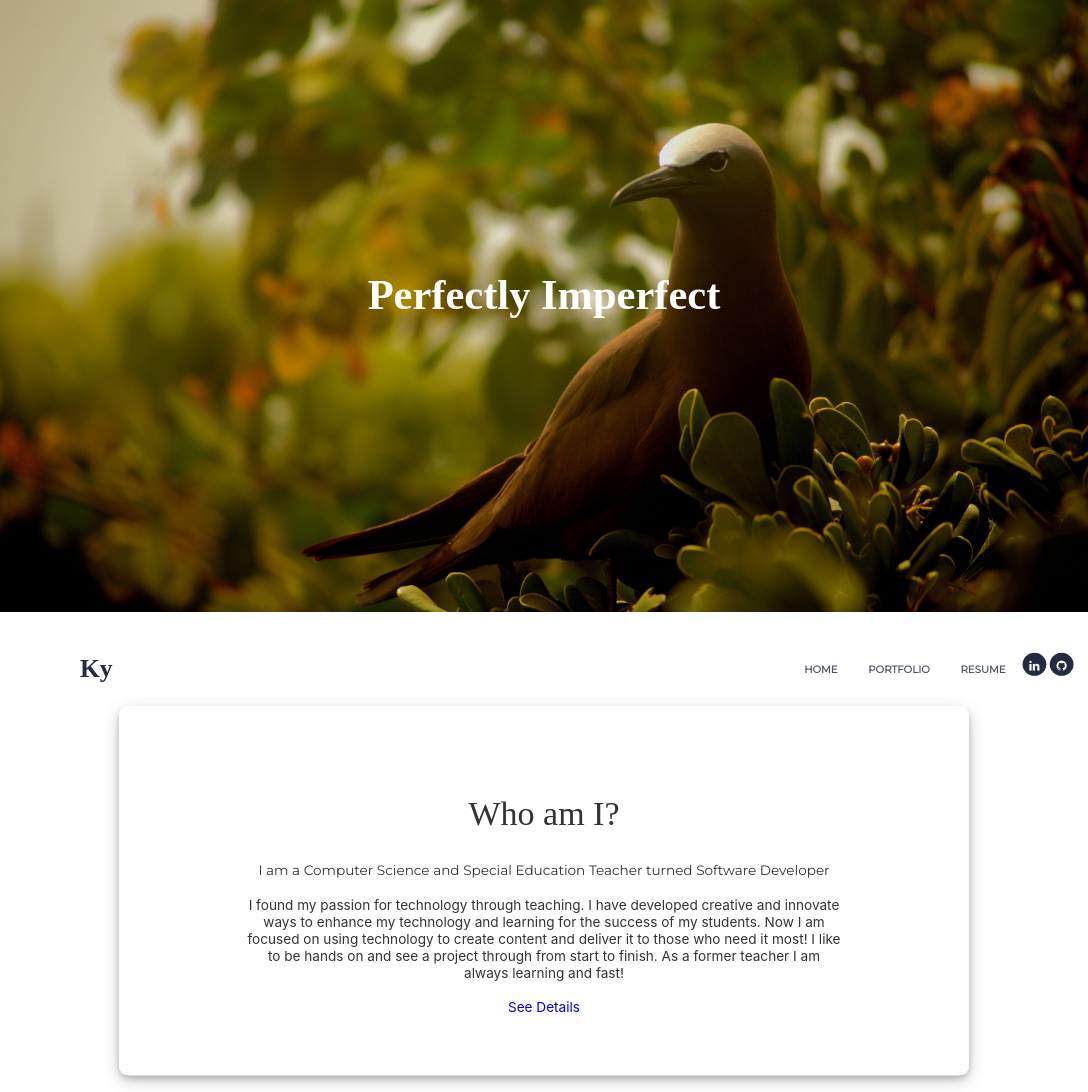
Repository: kkyler24/Perfectly-Imperfect
Page: / (app in imperfect/)
An editor plug-in stored every save of this project. The page is shown before and after the next save, followed by the edit.
The browser window is 1280 px wide. The pictures show the whole page, at 85% of full size.
Backgrounds fixed to the window are drawn as part of the page. Some web fonts or font styles are not loaded; a fallback is used. The project was rebuilt for these pictures with package versions that can differ from the ones it lists, and the page was loaded fresh each time.

Above is the page before, as saved 2020-08-06 13:57:41.

### imperfect/public/index.html
<!DOCTYPE html>
<html lang="en">
  <head>
    <meta charset="utf-8" />
    <link rel="icon" href="%PUBLIC_URL%/favicon.ico" />
    <meta name="viewport" content="width=device-width, initial-scale=1" />
    <meta name="theme-color" content="#000000" />
    <meta
      name="description"
      content="Web site created using create-react-app"
    />
    <link
      rel="stylesheet"
      href="https://cdnjs.cloudflare.com/ajax/libs/font-awesome/4.7.0/css/font-awesome.min.css"
    />

    <link
      href="https://fonts.googleapis.com/css2?family=Montserrat&family=Petit+Formal+Script&display=swap"
      rel="stylesheet"
    />

    <title>React App</title>
  </head>
  <body>
    <noscript>You need to enable JavaScript to run this app.</noscript>
    <div id="root"></div>
  </body>
</html>

### imperfect/src/App.js
import React from "react";
import logo from "./logo.svg";
import "./App.css";
import Nav from "./Components/navbarComponent/navbar.js";
import PGHeader from "./Components/Headerindex/header.js";
import AboutMe from "./Components/aboutMeIndex/aboutme.js";

function App() {
  return (
    <div className="App">
      <PGHeader />
      {/* <Nav /> */}
      <AboutMe />
    </div>
  );
}

export default App;

### imperfect/src/App.css
body {
  color: #66615b;
  font-size: 16px;
  box-sizing: border-box;
  display: block;
}

### imperfect/src/Components/navbarComponent/navbar.js
import React from "react";
import "./navbar.css";

function NavBar() {
  return (
    <div>
      <nav
        color-on-scroll="300"
        class="fixed-bottom  navbar-transparent navbar navbar-expand-lg"
      >
        <div class="container-fluid">
          <div class="navbar-translate">
            <a
              id="Kytitle"
              data-placement="bottom"
              target="_blank"
              title="Coded by Creative Tim"
              class="navbar-brand"
              href="#/index"
            >
              Ky
            </a>
            <button aria-expanded="false" class="navbar-toggler navbar-toggler">
              <span class="navbar-toggler-bar bar1"></span>
              <span class="navbar-toggler-bar bar2"></span>
              <span class="navbar-toggler-bar bar3"></span>
            </button>
          </div>
          <div class="justify-content-end collapse navbar-collapse">
            <ul class="navbar-nav">
              <li class="nav-item">
                <a
                  data-placement="bottom"
                  href="https://www.linkedIn"
                  target="_blank"
                  title="Let's connect on LinkedIn"
                  class="nav-link"
                >
                  {/* <i class="fa fa-linkedIn"></i> */}
                </a>
              </li>

              <li class="nav-item">
                <a
                  data-placement="bottom"
                  href="#"
                  target="_blank"
                  title="Follow us on Twitter"
                >
                  {/* <i class="fa fa-twitter"></i> */}
                  <p class="d-lg-none"></p>
                </a>
                <li class="nav-item mr-2rem">
                  <a data-placement="bottom" href="#" target="_blank">
                    {/* <i class="fa fa-github"></i> */}
                    <p class="d-lg-none"></p>
                  </a>
                </li>
              </li>
              <li class="nav-item">
                <a class="nav-link" href="#/index">
                  <i class="nc-icon nc-layout-11"></i> Home
                </a>
              </li>
              <li class="nav-item">
                <a class="nav-link" href="#/index">
                  <i class="nc-icon nc-layout-11"></i> Portfolio
                </a>
              </li>
              <li class="nav-item">
                <a target="_blank" class="nav-link" href="#/documentation">
                  <i class="nc-icon nc-book-bookmark"></i> Resume
                </a>
              </li>
              <li class="nav-item">
                <a
                  href="https://www.linkedin.com/in/ky-kyler-a723b932/"
                  target="_blank"
                  class="fa fa-linkedin"
                ></a>
              </li>
              <li class="nav-item">
                <a
                  data-placement="bottom"
                  href="https://github.com/kkyler24"
                  target="_blank"
                  title="Star on GitHub"
                  class="fa fa-github"
                >
                  {/* <i class="fa fa-github"></i> */}
                  <p class="d-lg-none"></p>
                </a>
              </li>
            </ul>
          </div>
        </div>
      </nav>
    </div>
  );
}
export default NavBar;

### imperfect/src/Components/Headerindex/header.js
import React from "react";
import "./Indexheader.css";
import Navbar from "../navbarComponent/navbar.js";

function PageHeader(props) {
  return (
    <div>
      <div id="background" className="page-header" data-parallax="true">
        <div className="filter"></div>
        <div className="headerContainer">
          <div className="motto text-center">
            <h1 id="JumboHeaderTitle">Perfectly Imperfect</h1>
            <br />
          </div>
        </div>
      </div>
      <Navbar />
    </div>
  );
}
export default PageHeader;

### imperfect/src/Components/aboutMeIndex/aboutme.js
import React from "react";
import "./aboutme.css";

function Aboutme() {
  return (
    <div className=" card aboutMain">
      <div className="sectionAB text-center">
        <div className="ABccontainer">
          <div class="row">
            <div class="ml-auto mr-auto col-md-8">
              <h2 class="titleAB"> Who am I?</h2>
              <h4 class="descriptionAB">
                I am a Computer Science and Special Education Teacher turned
                Software Developer
              </h4>
              <p className="aboutparagraph">
                I found my passion for technology through teaching. I have
                developed creative and innovate ways to enhance my technology
                and learning for the success of my students. Now I am focused on
                using technology to create content and deliver it to those who
                need it most! I like to be hands on and see a project through
                from start to finish. As a former teacher I am always learning
                and fast!
              </p>
              <br />
              <a href="#pablo" class="btn-round btn btn-info">
                See Details
              </a>
            </div>
          </div>
        </div>
      </div>
    </div>
  );
}
export default Aboutme;

### imperfect/src/Components/navbarComponent/navbar.css
/* navbar */
#Kytitle {
  font-family: "Petit Formal Script", cursive;
  font-size: 30px;
  color: #222b3f;
  border-bottom: solid 2px rgb(255, 255, 255);
  text-transform: capitalize;
}

.navbar.navbar-transparent {
  background: transparent !important;
  padding-top: 25px;
  box-shadow: none;
}

.navbar .navbar-brand {
  font-weight: 600;
  margin: 5px 0;
  padding: 20px 15px;
  font-size: 14px;
  text-transform: uppercase;
}

.navbar-nav {
  display: flex;
  flex-direction: column;
  padding-left: 0;
  margin-bottom: 0;
  list-style: none;
}
.navbar-brand {
  display: inline-block;
  padding-top: 0.3125rem;
  padding-bottom: 0.3125rem;
  margin-right: 1rem;
  font-size: 1.25rem;
  line-height: inherit;
  white-space: nowrap;
}

.navbar {
  border: 0;
  font-size: 14px;
  padding: 0;
  font-family: "Montserrat", "Helvetica", Arial, sans-serif;
  font-weight: 300;
  align-items: center;
  display: flex;
}
.navbar > .container-fluid {
  display: flex;
  flex-wrap: wrap;
  align-items: center;
  justify-content: space-between;
}

.nav-link {
  display: block;
}

.navbar-toggler {
  padding: 0.25rem 0.75rem;
  font-size: 1.25rem;
  line-height: 1;
  background-color: transparent;
  border: 1px solid transparent;
  border-radius: 0.25rem;
}
button {
  text-transform: none;
  overflow: hidden;
  -webkit-font-smoothing: antialiased;
  font-family: "Montserrat", "Helvetica", Arial, sans-serif;
  font-weight: 300;
  margin: 0;
  text-rendering: auto;
  /* color: -internal-light-dark(buttontext, rgb(170, 170, 170)); */
  letter-spacing: normal;
  word-spacing: normal;
  text-indent: 0px;
  text-shadow: none;
  display: inline-block;
  text-align: center;
  align-items: flex-start;
  font: 400 13.3333px Arial;
}
.navbar .navbar-toggler .navbar-toggler-bar {
  display: block;
  position: relative;
  width: 24px;
  height: 2px;
  border-radius: 1px;
  margin: 0 auto;
}

.navbar.navbar-transparent .navbar-toggler .navbar-toggler-bar {
  background: #222b3f !important;
}

.navbar-transparent .navbar-nav .nav-item .nav-link:not(.btn) {
  color: #222b3f;
  border-color: #222b3f;
}

.navbar .navbar-toggler .navbar-toggler-bar + .navbar-toggler-bar {
  margin-top: 4px;
}

.navbar .navbar-nav .nav-item .nav-link {
  line-height: 1.6;
  margin: 15px 3px;
  padding: 10px 15px;
  opacity: 0.8;
  font-size: 12px;
  text-transform: uppercase;
  font-weight: 600;
}

.navbar .navbar-nav .nav-item .nav-link p {
  margin: 0;
  text-transform: uppercase;
  font-weight: 600;
  font-size: 12px;
  line-height: 1.5em;
  padding: 15px 0;
  color: #222b3f;
}

button:not(:disabled) {
  cursor: pointer;
}

.container-fluid {
  width: 100%;
  padding-right: 15px;
  padding-left: 15px;
  margin-right: 0%;
  margin-left: 5%;
}

.fixed-top {
  position: fixed;
  right: 0;
  left: 0;
  z-index: 1030;
  /* not needed for fixed bottom */
  top: 0;
}

a {
  text-decoration: none;
  background-color: transparent;
}

.collapse:not(.show) {
  display: none;
}

.justify-content-end,
ul {
  justify-content: flex-end !important;
}

.navbar-collapse {
  flex-basis: 100%;
  flex-grow: 1;
  align-items: center;
}

ul {
  margin-top: 0;
}

.navbar .navbar-nav .nav-item .nav-link [class^="fa"] {
  font-size: 17px;
  position: relative;
  right: 5px;
  color: #222b3f;
}

.fa {
  padding: 8px;
  font-size: 14px;
  height: 11px;
  top: 5px;
  text-align: center;
  text-decoration: none;
  margin: 15px 2px;
  border-radius: 50%;
}

.fa:hover {
  opacity: 0.7;
}

.fa-linkedin {
  background: #222b3f;
  color: white;
}

.fa-github {
  background: #222b3f;
  color: white;
}

:before {
  box-sizing: border-box;
}

.navbar .navbar-collapse .nav-item .nav-link p {
  display: inline;
}

/* media Q navbar */
@media (min-width: 992px) {
  .navbar-expand-lg {
    flex-flow: row nowrap;
    justify-content: flex-start;
  }
  .navbar {
    justify-content: space-between;
  }
}
/* Li */
@media (min-width: 992px) {
  .navbar-expand-lg .navbar-nav {
    flex-direction: row;
  }
}
@media screen and (max-width: 991px) {
  .navbar-collapse ul {
    position: relative;
    z-index: 3;
    height: 95%;
  }
}

@media screen and (max-width: 991px) {
  .navbar-collapse .navbar-nav > .nav-item > .nav-link {
    color: #222b3f !important;
  }
}

@media screen and (max-width: 991px) {
  .navbar-collapse {
    position: fixed;
    display: block !important;
    top: 0;
    width: 230px;
    right: 0;
    z-index: 1032;
    visibility: visible;
    overflow-y: visible;
    border-top: none;
    text-align: left;
    padding-right: 0;
    padding-left: 40px;
    padding-top: 15px;
    transform: translateX(230px);
    transition: all 0.33s cubic-bezier(0.685, 0.0473, 0.346, 1);
  }
}

@media (max-width: 991.98px) {
  .navbar-expand-lg > .container-fluid {
    padding-right: 0;
    padding-left: 0;
  }
}

@media (min-width: 768px) {
  .container-fluid {
    max-width: 720px;
  }
}

@media (min-width: 992px) {
  .container-fluid {
    max-width: 100%;
  }
}

@media screen and (max-width: 991px) {
  .navbar-translate {
    width: 100%;
    position: relative;
    display: flex;
    justify-content: space-between !important;
    align-items: center;
    transform: translateX(0);
    transition: all 0.33s cubic-bezier(0.685, 0.0473, 0.346, 1);
  }
}

@media (min-width: 992px) {
  .navbar-expand-lg .navbar-toggler {
    display: none;
  }
}

@media screen and (max-width: 991px) {
  .navbar-collapse {
    height: 100% !important;
  }
}

@media (min-width: 992px) {
  .navbar-expand-lg .navbar-collapse {
    display: flex !important;
    flex-basis: auto;
  }
}
/*
@media (min-width: 576px) {
  .container-fluid {
    max-width: 540px;
  }
} */

@media (min-width: 992px) {
  .navbar-expand-lg > .container-fluid {
    flex-wrap: nowrap;
  }
}

### imperfect/src/Components/Headerindex/Indexheader.css
#background {
  background-image: url("../../Assets/imgs/brownnoodyGreatbirdisland.jpg");
  background-attachment: fixed;
  background-repeat: no-repeat;
  background-size: cover;
  height: 700px;
}

.page-header {
  background-position: 50%;
  background-size: cover;
  min-height: 100vh;
  max-height: 999px;
  overflow: hidden;
  position: relative;
  width: 100%;
  z-index: 1;
  display: flex;
  align-items: center;
  justify-content: center;
}

.page-header .filter:after {
  background-color: rgba(0, 0, 0, 0.125);
  content: "";
  display: block;
  height: 100%;
  left: 0;
  top: 0;
  position: absolute;
  width: 100%;
  z-index: 1;
}

.page-header .motto {
  z-index: 3;
  color: #fff;
  position: relative;
  width: max-content;
}

.headerContainer {
  font-family: "Petit Formal Script", cursive;
  display: inline-flex;
  width: 100%;
  /* font-weight: 200; */
  padding-right: 15px;
  padding-left: 15px;
  margin-right: auto;
  margin-left: auto;
  font-size: 50px;
  justify-content: center;
}

.text-center {
  text-align: center !important;
}
div {
  display: block;
}

h1 {
  display: block;
  font-size: 2em;
  margin-block-start: 0.67em;
  margin-block-end: 0.67em;
  margin-inline-start: 0px;
  margin-inline-end: 0px;
  font-weight: bold;
}
@media (max-width: 450px) and (min-width: 280px) {
  #JumboHeaderTitle {
    width: 300px;
    margin: auto;
    font-size: 20px;
    text-align: center;
  }
  #background {
    width: 450px !important;
  }
}
/*
@media (max-width: 570px) and (min-width: 280px) {
  #JumboHeaderTitle {
    width: 400px;
    margin: auto;
    font-size: 20px;
    text-align: center;
  }
} */

/* media Q */
@media (min-width: 992px) {
  .headerContainer {
    max-width: 960px;
  }
}

@media (min-width: 768px) {
  .headerContainer {
    max-width: 720px;
  }
}

@media (min-width: 576px) {
  .headerContainer {
    max-width: 540px;
    font-size: 25px;
  }
}

@media (max-width: 576px) {
  .headerContainer {
    display: flex;
    flex-wrap: wrap;
    max-width: 540px !important;
    font-size: 20px;
    text-align: center;
  }
}

### imperfect/src/Components/aboutMeIndex/aboutme.css
.aboutMain .section:first-of-type {
  position: relative;
  z-index: 3;
  position: relative;
  background: #ffffff;
  margin: -60px 30px 0px;
  box-shadow: 0 16px 24px 2px rgba(0, 0, 0, 0.14),
    0 6px 30px 5px rgba(0, 0, 0, 0.12), 0 8px 10px -5px rgba(0, 0, 0, 0.2);
  border-radius: 6px;
  padding: 70px 0;
}

.card,
.aboutMain {
  width: 700px;
  border-radius: 12px;
  box-shadow: 0 4px 8px 0 rgba(0, 0, 0, 0.2), 0 6px 20px 0 rgba(0, 0, 0, 0.19);
  text-align: center;
  background-color: #fff;
  color: #333;
  margin-bottom: 20px;
  position: relative;
  z-index: 3;
  border: 0;
  transition: transform 0.3s cubic-bezier(0.34, 2, 0.6, 1), box-shadow 0.2s ease;
  display: flex;
  flex-direction: column;
  min-width: 0;
  background-clip: border-box;
  /* border: 1px solid rgba(0, 0, 0, 0.25); */
  /* border-radius: 20px; */
  margin-left: auto;
  margin-right: auto;
}

.sectionAB {
  padding: 70px 0;
  background-color: #fff;
  border-radius: 10px;
}

.text-center {
  text-align: center !important;
}

.titleAB {
  font-family: "Petit Formal Script", cursive;
  font-weight: lighter;
  font-size: 40px;
}

.descriptionAB {
  font-family: "Montserrat", sans-serif;
  font-weight: lighter;
  text-align: center;
}

.aboutparagraph {
  display: block;
  margin-block-start: 1em;
  margin-block-end: 1em;
  margin-inline-start: 0px;
  margin-inline-end: 0px;
  margin: auto;
  width: 700px;
}

.ABcontainer {
  width: 100%;
  margin-right: auto;
  margin-left: auto;
}

row {
  display: flex;
  flex-wrap: wrap;
  margin-right: -15px;
  margin-left: -15px;
}

@media (min-width: 768px) {
  .ABcontainer {
    max-width: 720px;
  }
}

@media (max-width: 992px) {
  .sectionAB {
    max-width: 700px;
  }
}

@media (min-width: 992px) {
  .sectionAB,
  .aboutMain {
    width: 1000px;
  }
}

Loaded but not shown: imperfect/src/index.js (common file); imperfect/src/index.css (common file); imperfect/src/serviceWorker.js (common file)

After the next save:
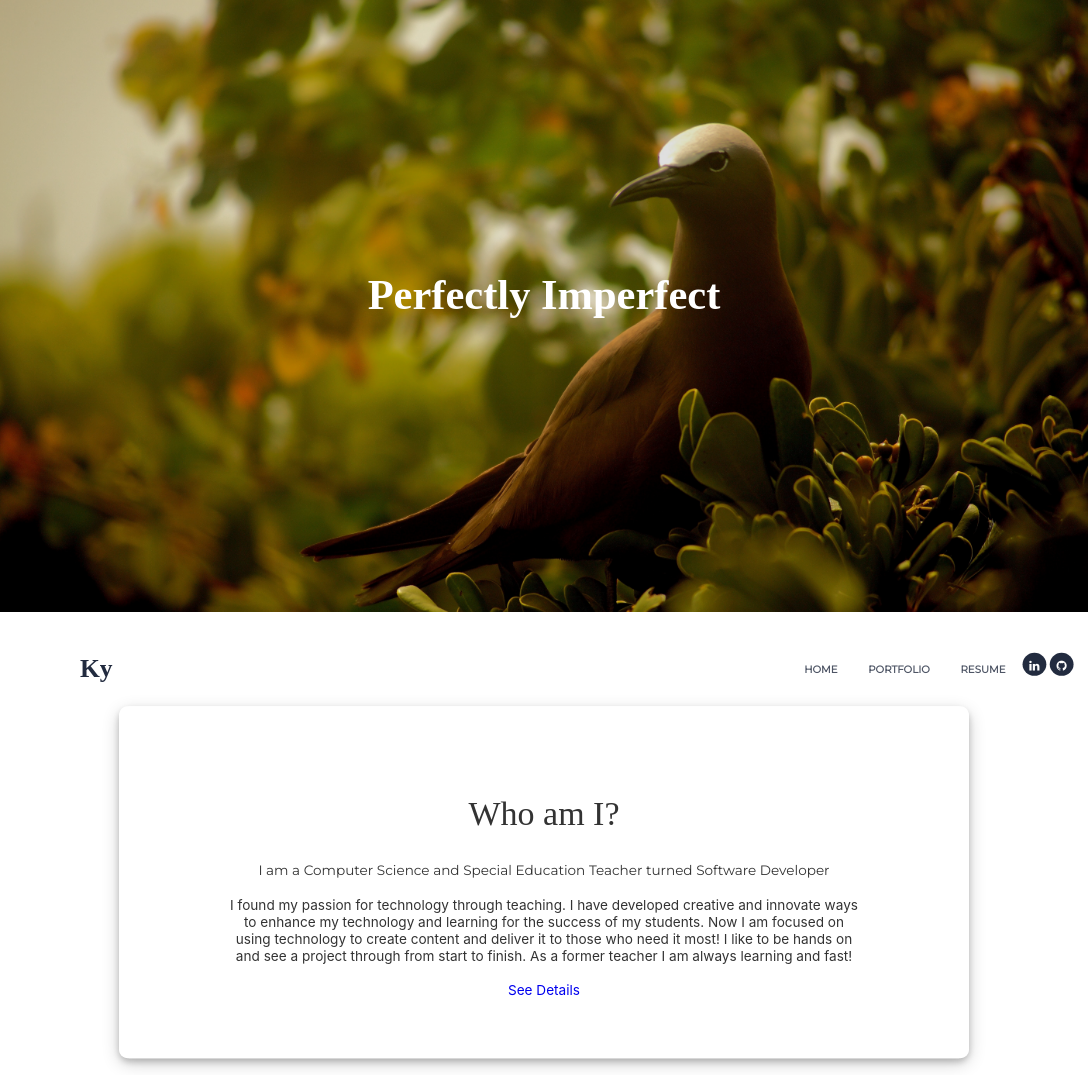
Saved 16 s later.
--- a/imperfect/src/Components/aboutMeIndex/aboutme.css
+++ b/imperfect/src/Components/aboutMeIndex/aboutme.css
@@ -62,7 +62,7 @@
   margin-inline-start: 0px;
   margin-inline-end: 0px;
   margin: auto;
-  width: 700px;
+  width: 750px;
 }
 
 .ABcontainer {

After the save that followed:
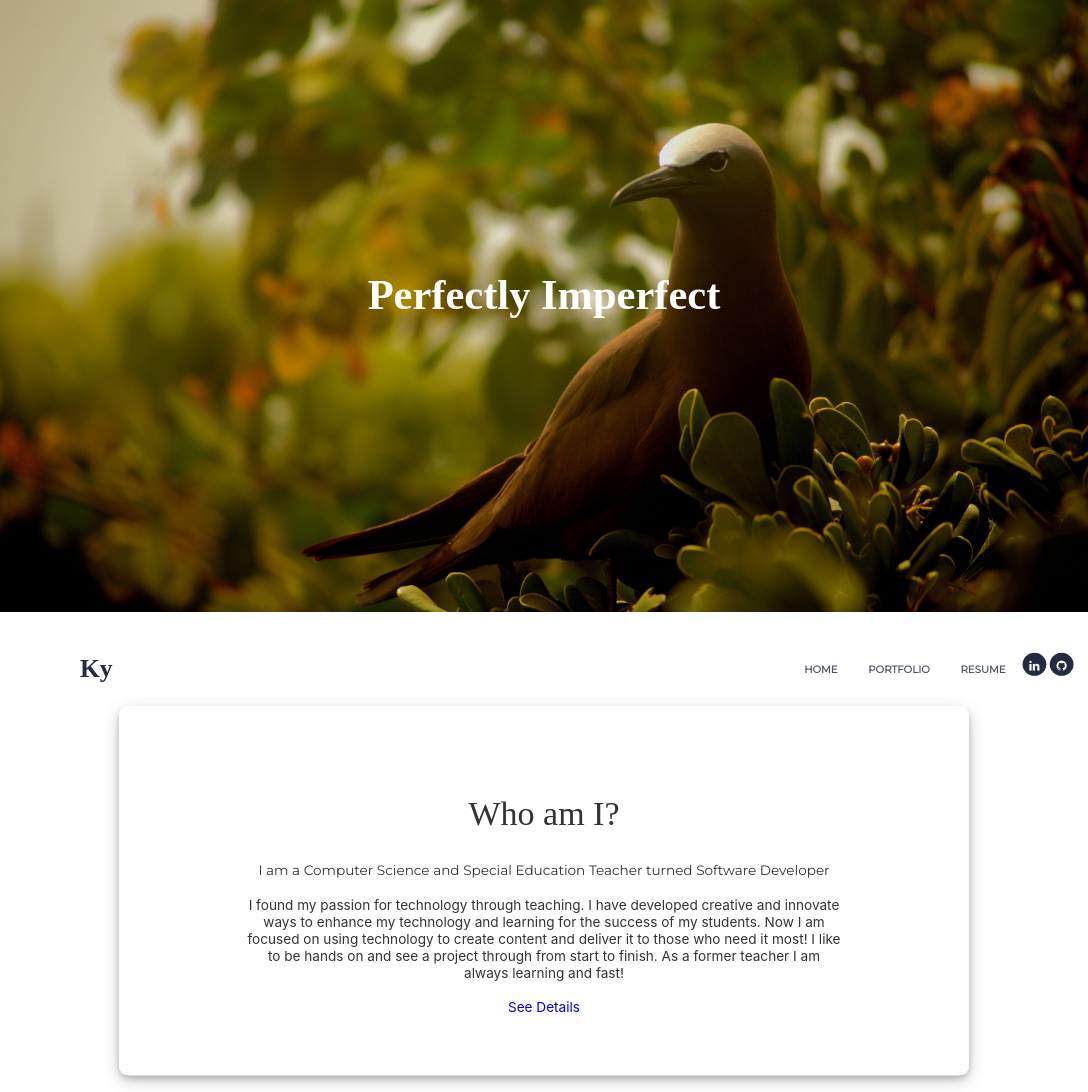
Saved 39 s later.
--- a/imperfect/src/Components/aboutMeIndex/aboutme.css
+++ b/imperfect/src/Components/aboutMeIndex/aboutme.css
@@ -62,7 +62,7 @@
   margin-inline-start: 0px;
   margin-inline-end: 0px;
   margin: auto;
-  width: 750px;
+  width: 700px;
 }
 
 .ABcontainer {
